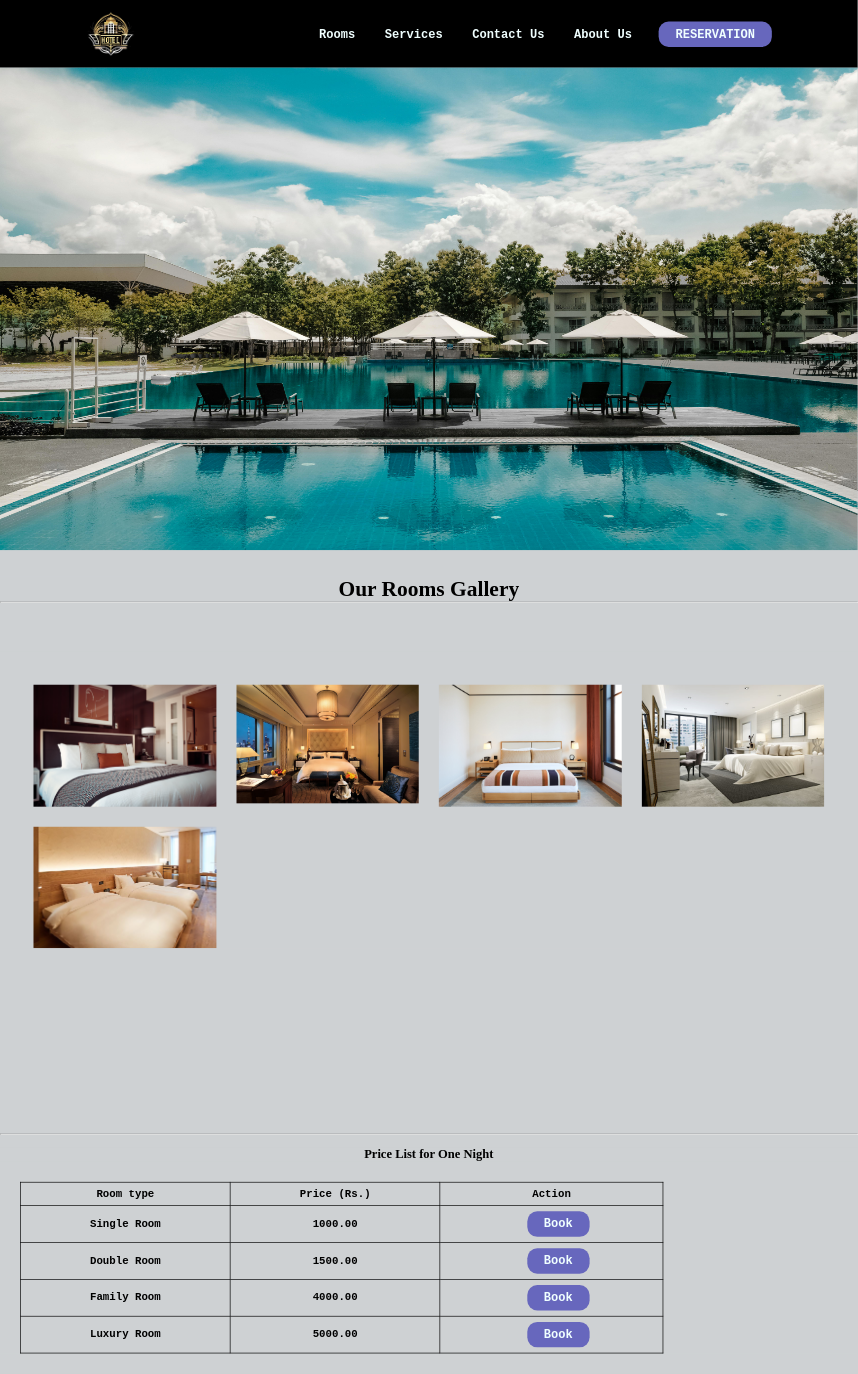
Repository: DhananjayaLakshan/Uom-Web_Design_For_Beginners
Page: Final Assignment/index.html
An editor plug-in stored every save of this project. The page is shown before and after the next save, followed by the edit.
The browser window is 1280 px wide. The pictures show the whole page, at 67% of full size.

Above is the page before, as saved 2023-11-29 16:06:30.

### Final Assignment/index.html
<!DOCTYPE html>
<html lang="en">

<head>
    <meta charset="UTF-8">
    <meta name="viewport" content="width=device-width, initial-scale=1.0">
    <title>Ceylon Hotel</title>

    <link rel="stylesheet" href="style.css">
    <script src="script.js"></script>



</head>

<body>

    <header>
        <img class="logo" src="img/logo.png" alt="logo">

        <nav>
            <ul class="navBar">
                <li>
                    <a href="#"> Rooms</a>
                </li>

                <li>
                    <a href="#"> Services</a>
                </li>

                <li>
                    <a href="#"> Contact Us</a>
                </li>

                <li>
                    <a href="#"> About Us</a>
                </li>
            </ul>
        </nav>

        <a class="button" href="#"> <button onclick="reserve()">RESERVATION</button> </a>
    </header>

    <img class="coverImg" src="img/hotel-cover.jpg" alt="cover">

    <br><br><br>

    <h1 style="text-align: center;">Our Rooms Gallery</h1>
    <hr><br><br><br><br>

    <div class="container">

        <div class="gallery">
            <img src="img/room1.jpeg" alt="room1">
            <img src="img/room2.jpg" alt="room2">
            <img src="img/room3.jpg" alt="room3">
            <img src="img/room4.jpg" alt="room4">
            <img src="img/room5.jpg" alt="room5">
        </div>

    </div>
    <hr><br>

    <h3 style="text-align: center;">Price List for One Night</h3>

    <table>

        <tr>
            <th>Room type</th>
            <th>Price (Rs.)</th>
            <th>Action</th>
        </tr>

        <tr>
            <td id="singleRoom">Single Room</td>
            <td id="singlePrice">1000.00</td>
            <td> <button onclick="book()" >Book</button> </td>

        </tr>

        <tr>
            <td id="doubleRoom">Double Room</td>
            <td id="doublePrice">1500.00</td>
            <td> <button onclick="book2()">Book</button> </td>

        </tr>

        <tr>
            <td id="familyRoom">Family Room</td>
            <td id="familyPrice">4000.00</td>
            <td> <button onclick="book3()">Book</button> </td>
        </tr>


        <tr>
            <td id="luxuryRoom">Luxury Room</td>
            <td id="luxuryPrice">5000.00</td>
            <td> <button onclick="book4()">Book</button> </td>
        </tr>

    </table>



</body>

</html>

### Final Assignment/style.css
*{
    box-sizing: border-box;
    padding: 0;
    margin: 0;
    background-color: rgb(206, 209, 211);
}

li,a, button{
    font-family: 'Courier New', Courier, monospace;
    font-weight: 600;
    font-size: 18px;
    text-decoration: none;
    color: azure;
}

header{
    display: flex;
    justify-content: flex-end;
    align-items: center;
    padding: 13px 10%;
    background-color:black;

}

.logo{
    width: 75px;
    height: 75px;
    cursor: pointer;
    margin-right: auto;
    background-color: black;
}

.navBar{
    list-style: none;
    background-color: black;
}

.navBar li{
    display: inline-block;
    padding: 0px 20px;
    background-color:black;
}

.navBar li a {
    transition: all 0.3s ease 0s;
    background-color:black;
}

.navBar li a:hover{
    color: red;
}

button{
    padding: 9px 25px;
    background-color:rgb(103, 103, 189);
    border: none;
    border-radius: 15px;
    cursor:pointer;
    transition: all 0.3s ease 0s;
    margin-left: 20px;
}

button:hover{
    background-color: rgb(56, 39, 161);
}

.button{
background-color:black;
}


.cover{
    width: 100px;
    max-height: 500px;
}

.coverImg{
    width: 100%;
    height: 100vh;
}

.container{
    width: 100%;
    min-height: 100vh;
    align-items:center;
    justify-content: center;
    padding: 50px 50px;
}

.gallery{
    display: grid;
    grid-template-columns: repeat(auto-fit,minmax(250px, 1fr));
    grid-gap: 30px;
}

.gallery img{
    width: 100%;
    transition: all 0.3s ease 0s;
}

.gallery img:hover{
    border: 5px solid blue;
}

table{
    margin: 30px;
    width: 75%;
    font-family: 'Courier New', Courier, monospace;
    font-weight: 600;
    border-collapse: collapse;
}

td, th {
    border: 1px solid #000000;
    text-align: center;
    padding: 8px;
}

### Final Assignment/script.js
function book(){
    var item1 = document.getElementById("singleRoom");
    var item2 = document.getElementById("singlePrice");

    item1.style.color = 'red';
    item2.style.color = 'red';
}


function book2(){
    var item1 = document.getElementById("doubleRoom");
    var item2 = document.getElementById("doublePrice");

    item1.style.color = 'blue';
    item2.style.color = 'blue';
}

function book3(){
    var item1 = document.getElementById("familyRoom");
    var item2 = document.getElementById("familyPrice");

    item1.style.color = 'orange';
    item2.style.color = 'orange';
}

function book4(){
    var item1 = document.getElementById("luxuryRoom");
    var item2 = document.getElementById("luxuryPrice");

    item1.style.color = 'green';
    item2.style.color = 'green';
}

function reserve(){
    alert("Price List is Bellow Checkout...!!")
}

After the next save:
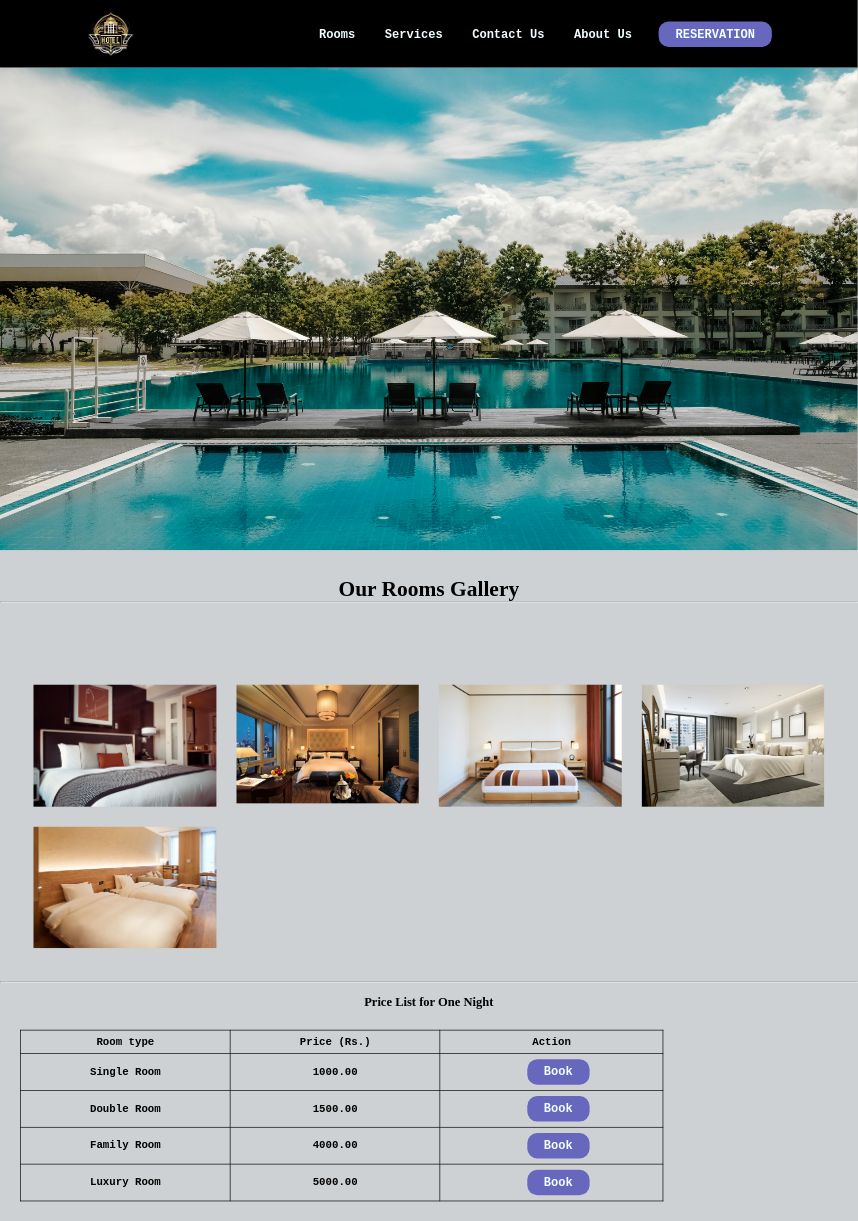
Saved 30 s later.
--- a/Final Assignment/style.css
+++ b/Final Assignment/style.css
@@ -81,7 +81,7 @@ background-color:black;
 
 .container{
     width: 100%;
-    min-height: 100vh;
+    min-height: 50vh;
     align-items:center;
     justify-content: center;
     padding: 50px 50px;
